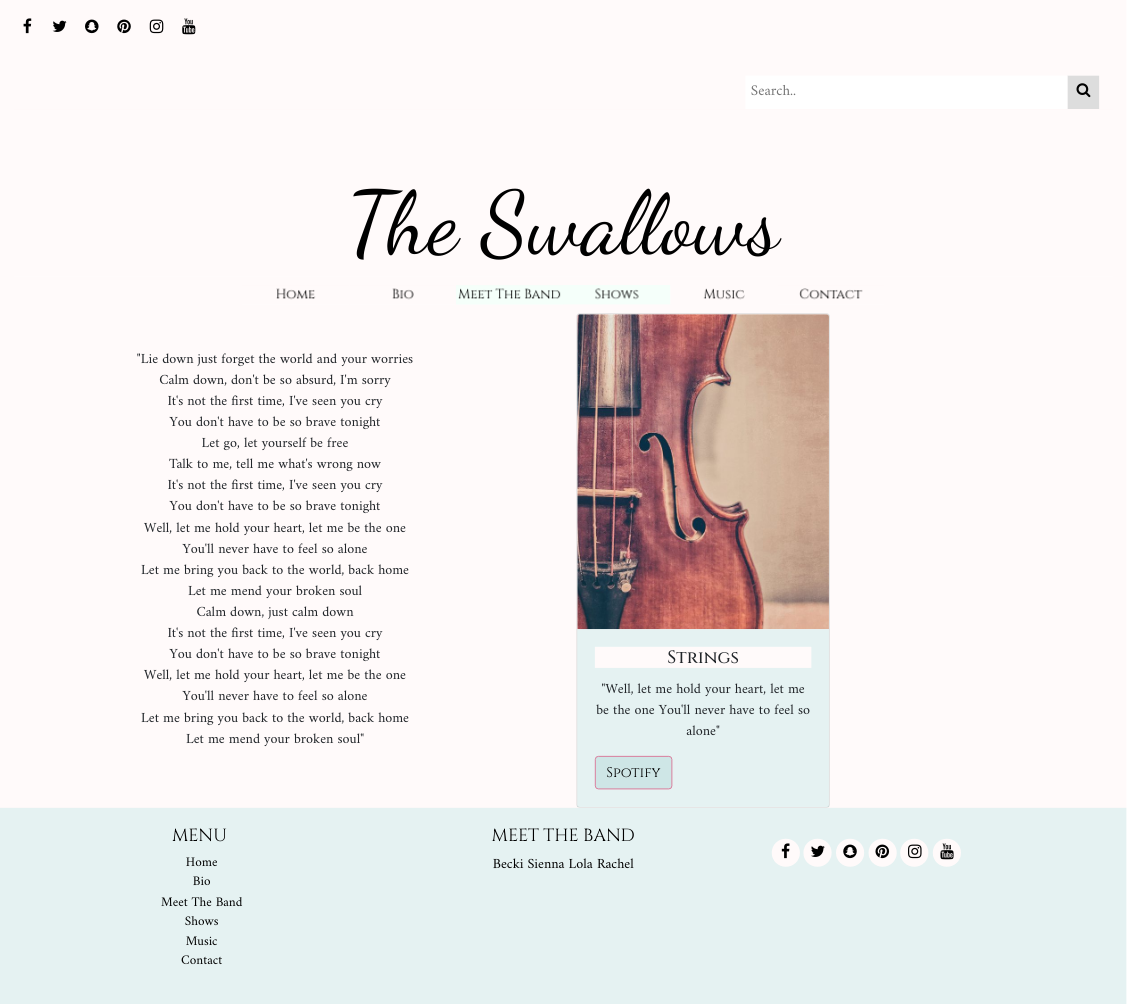
Repository: elizabeth24602/the-swallows
Page: music.html
The author's editor kept a record of every edit. The page is drawn from the files as they stood at one moment, then again after the next edit.
The browser window is 1280 px wide. The page is 1295 px wide, so the pictures cover 1295 px, including what lies to the right of the window. The pictures show the whole page, at 88% of full size.

Above is the page before.

### music.html
<!DOCTYPE html>
<html lang="en">
<head>
    <meta charset="UTF-8">
    <meta name="viewport" content="width=device-width, initial-scale=1.0">
    <meta http-equiv="X-UA-Compatible" content="ie=edge">
    <link rel="stylesheet" href="https://stackpath.bootstrapcdn.com/bootstrap/4.3.1/css/bootstrap.min.css" type="text/css" />
    <link rel="stylesheet" href="https://stackpath.bootstrapcdn.com/font-awesome/4.7.0/css/font-awesome.min.css" type="text/css" />
    <link rel="stylesheet" href="https://fonts.googleapis.com/css?family=Dancing+Script" type="text/css" />
    <link rel="stylesheet" href="https://cdnjs.cloudflare.com/ajax/libs/hover.css/2.3.1/css/hover-min.css" type="text/css" />
    <link rel="stylesheet" href="Assessts/CSS/style.css" type="text/css" />
    <title>The Swallows</title>
</head>
<body>
  <header class="container-fluid">
        <div id="social-links" class="row">
        <div class="col-sm-4">
                <ul class="list-inline social-links">
                    <li class="list-inline-item">
                        <a target="_blank" href="#">
                            <i class="fa fa-facebook" aria-hidden="true"></i>
                            <span class="sr-only">Facebook</span>
                        </a>
                    </li>
                    <li class="list-inline-item">
                        <a target="_blank" href="#">
                            <i class="fa fa-twitter" aria-hidden="true"></i>
                            <span class="sr-only">Twitter</span>
                        </a>
                    </li>
                    <li class="list-inline-item">
                        <a target="_blank" href="#">
                            <i class="fa fa-snapchat" aria-hidden="true"></i>
                            <span class="sr-only">Snapchat</span>
                        </a>
                    </li>
                    <li class="list-inline-item">
                        <a target="_blank" href="#">
                            <i class="fa fa-pinterest" aria-hidden="true"></i>
                            <span class="sr-only">Pinterest</span>
                        </a>
                    </li>
                    <li class="list-inline-item">
                        <a target="_blank" href="#">
                            <i class="fa fa-instagram" aria-hidden="true"></i>
                            <span class="sr-only">Instagram</span>
                        </a>
                    </li>
                    <li class="list-inline-item">
                        <a target="_blank" href="#">
                            <i class="fa fa-youtube" aria-hidden="true"></i>
                            <span class="sr-only">YouTube</span>
                        </a>
                    </li>
                </ul>
            </div>
        </div>
       <div class="topnav">
          <div class="search-container">
            <form action="/action_page.php">
                  <input type="text" placeholder="Search.." name="search">
                  <button type="submit"><i class="fa fa-search"></i></button>
            </form>
          </div>
        </div>
        <div class="row no-gutters bg-color-bandname">
            <div class="col headings">
                <h1 class="bandname">The Swallows</h1>
            </div>
        </div>
        <div class="row no-gutters">
            <div class="col">
                <ul id="nav" class="list-inline menucontainer">
                    <li class="col-4 col-sm-2 ui-menu-color-home list-inline-item menuitem">
                        <a href="index.html" class="hvr-sweep-to-bottom"><span>Home</span></a>
                    </li>
                    <li class="col-4 col-sm-2 ui-menu-color-bio list-inline-item menuitem">
                        <a href="bio.html" class="hvr-sweep-to-bottom"><span>Bio</span></a>
                    </li>
                     <li class="col-4 col-sm-2 ui-menu-color-meet-the-band list-inline-item menuitem">
                        <a href="meet.html" class="hvr-sweep-to-bottom"><span>Meet The Band</span></a>
                    </li>
                    <li class="col-4 col-sm-2 ui-menu-color-shows list-inline-item menuitem">
                        <a href="shows.html" class="hvr-sweep-to-bottom"><span>Shows</span></a>
                    </li>
                    <li class="col-4 col-sm-2 ui-menu-color-music list-inline-item menuitem">
                        <a href="music.html" class="hvr-sweep-to-bottom"><span>Music</span></a>
                    </li>
                    <li class="col-4 col-sm-2 ui-menu-color-contact list-inline-item menuitem">
                        <a href="contact.html" class="hvr-sweep-to-bottom"><span>Contact</span></a>
                    </li>
                </ul>
            </div>
        </div>

    </header>
    <section>
        <div class="row">
            <div class="col-sm-6">
        <p class="lyrics">"Lie down just forget the world and your worries <br>
Calm down, don't be so absurd, I'm sorry <br>
It's not the first time, I've seen you cry <br>
You don't have to be so brave tonight <br>

Let go, let yourself be free <br>
Talk to me, tell me what's wrong now <br>
It's not the first time, I've seen you cry <br>
You don't have to be so brave tonight <br>

Well, let me hold your heart, let me be the one <br>
You'll never have to feel so alone <br>
Let me bring you back to the world, back home <br>
Let me mend your broken soul <br>

Calm down, just calm down <br>
It's not the first time, I've seen you cry <br>
You don't have to be so brave tonight <br>

Well, let me hold your heart, let me be the one <br>
You'll never have to feel so alone <br>
Let me bring you back to the world, back home <br>
Let me mend your broken soul"</p>
</div>
<div class="col-sm-2">
    <div class="card" style="width: 18rem;">
  <img src="Assessts/Pictures/chello.jpg" class="card-img-top" alt="chello">
  <div class="card-body">
    <h5 class="card-title">Strings</h5>
    <p class="card-text">"Well, let me hold your heart, let me be the one You'll never have to feel so alone" </p>
    <a href="#" class="btn btn-primary">Spotify</a>
  </div>
</div>
<div class="row">
    <div class="col-sm-12">

    </div>
</div>
</div>
</div>
</div>
    </section>
 <footer class="container-fluid">
           <div id="footer-details" class="row">
            <div class="col-sm-4">
                <h5 class="uppercase general-sub">Menu</h5>
                <ul class="inline-block list-inline container-fluid">
                    <li class="list-item">
                        <a target="_blank" href="index.html">
                            <span>Home</span>
                        </a>
                    </li>
                      <li class="list-item">
                        <a target="_blank" href="bio.html">
                            <span>Bio</span>
                        </a>
                    </li>
                      <li class="list-item">
                        <a target="_blank" href="meet.html">
                            <span>Meet The Band</span>
                        </a>
                    </li>
                        </li>
                      <li class="list-item">
                        <a target="_blank" href="shows.html">
                            <span>Shows</span>
                        </a>
                    </li>
                      <li class="list-item">
                        <a target="_blank" href="music.html">
                            <span>Music</span>
                        </a>
                    </li>
                      <li class="list-item">
                        <a target="_blank" href="contact.html">
                            <span>Contact</span>
                        </a>
                    </li>
                </ul>
            </div>
            <div class="col-sm-4">
                <h5 class="uppercase general-sub">Meet the Band</h5>
              <ul class="inline-block list-inline container-fluid">
                    <li class="list-inline-item">
                        <a target="_blank" href="meet.html">
                            <span>Becki</span>
                        </a>
                    </li>
                      <li class="list-inline-item">
                        <a target="_blank" href="meet.html">
                            <span>Sienna</span>
                        </a>
                    </li>
                      <li class="list-inline-item">
                        <a target="_blank" href="meet.html">
                            <span>Lola</span>
                        </a>
                    </li>
                      <li class="list-inline-item">
                        <a target="_blank" href="meet.html">
                            <span>Rachel</span>
                        </a>
                    </li>
                </ul>
            </div>
         <div class="col-sm-4">
                <ul class="list-inline social-links container-fluid">
                    <li class="list-inline-item">
                        <a target="_blank" href="#">
                            <i class="fa fa-facebook" aria-hidden="true"></i>
                            <span class="sr-only">Facebook</span>
                        </a>
                    </li>
                    <li class="list-inline-item">
                        <a target="_blank" href="#">
                            <i class="fa fa-twitter" aria-hidden="true"></i>
                            <span class="sr-only">Twitter</span>
                        </a>
                    </li>
                    <li class="list-inline-item">
                        <a target="_blank" href="#">
                            <i class="fa fa-snapchat" aria-hidden="true"></i>
                            <span class="sr-only">Snapchat</span>
                        </a>
                    </li>
                    <li class="list-inline-item">
                        <a target="_blank" href="#">
                            <i class="fa fa-pinterest" aria-hidden="true"></i>
                            <span class="sr-only">Pinterest</span>
                        </a>
                    </li>
                    <li class="list-inline-item">
                        <a target="_blank" href="#">
                            <i class="fa fa-instagram" aria-hidden="true"></i>
                            <span class="sr-only">Instagram</span>
                        </a>
                    </li>
                    <li class="list-inline-item">
                        <a target="_blank" href="#">
                            <i class="fa fa-youtube" aria-hidden="true"></i>
                            <span class="sr-only">YouTube</span>
                        </a>
                    </li>
                </ul>
            </div>
        </div>

    </footer>
</body>
</html>

### Assessts/CSS/style.css
@import url('https://fonts.googleapis.com/css?family=Dancing+Script:100,200,300,400,500,600,700|Amiri:100,200,300,400,500,600,700|Satisfy:100,200,300,400,500,600,700|Cinzel:100,200,300,400,500,600,700');

/*-------------------------------Colours */

.body {
    background-color: #fffafa;
}

.bg-color-bandname {
 background-color: #fffafa;
}

.ui-menu-color-home {
    background-color: #fffafa;
}

.ui-menu-color-bio {
    background-color: #fffafa;
}

.ui-menu-color-meet-the-band {
    background-color: #f5fffa;
}

.ui-menu-color-shows {
    background-color: #f5fffa;
}

.ui-menu-color-music {
    background-color: #fffafa;
}

.ui-menu-color-contact {
    background-color: #fffafa;
}

/*-------------------------------Search Bar */

* {box-sizing: border-box;}

body {
  margin: 0;
  font-family: Amiri, cursive;
}

.topnav {
  overflow: hidden;
  background-color: #fffafa;
}

.topnav a {
  float: left;
  display: block;
  color: black;
  text-align: center;
  padding: 14px 16px;
  text-decoration: none;
  font-size: 17px;
}

.topnav a:hover {
  background-color: rgba(0, 128, 128, 0.1);
  color: black;
}

.topnav a.active {
  background-color: #fffafa;
  color: white;
}

.topnav .search-container {
  float: right;
}

.topnav input[type=text] {
  padding: 6px;
  margin-top: 8px;
  font-size: 17px;
  border: none;
}

.topnav .search-container button {
  float: right;
  padding: 6px 10px;
  margin-top: 8px;
  margin-right: 16px;
  background: #ddd;
  font-size: 17px;
  border: none;
  cursor: pointer;
}

.topnav .search-container button:hover {
  background: #ccc;
}

@media screen and (max-width: 600px) {
  .topnav .search-container {
    float: none;
  }
  .topnav a, .topnav input[type=text], .topnav .search-container button {
    float: none;
    display: block;
    text-align: left;
    width: 100%;
    margin: 0;
    padding: 14px;
  }
  .topnav input[type=text] {
    border: 1px solid #ccc;
  }
}

/*-------------------------------Special text/padding/margins */

h1,h2,h4 {
    margin: 0;
}

.uppercase {
    text-transform: uppercase;
}

.general-sub {
    font-family: "Cinzel", cursive;
    font-weight: 300;
    color: #000000;
}

.inline-block {
    display: inline-block;
}

/*-------------------------------Heading */

header {
    background: #fffafa;
}

.social-links {
    padding-top: 15px;
    padding-bottom: 15px;
}

.social-links li a i {
    width: 32px;
    height: 32px;
    padding: 12px 0;
    border-radius: 50%;
    font-size: 25px;
    line-height: 7px;
    text-align: center;
    color: #000000;
    background: #fffafa;
    transition: all 0.35s ease-in-out;
    -moz-transition: all 0.35s ease-in-out;
    -webkit-transition: all 0.35s ease-in-out;
    -o-transition: all 0.35s ease-in-out;
}

.social-links li a i:hover {
    background: rgba(0, 128, 128, 0.1);
}

.header {
    margin: 0;
}

.heading {
    margin-left: 50px;
}

.bandname {
    font-family: 'Dancing Script',cursive;
    font-weight: 400;
    font-size: 100px;
    margin-top: 70px;
    color: #000000;
    text-align: center;
}

.list-inline-item:not(:last-child) {
    margin: 0;
}

.menucontainer {
    font-size: 0;
    margin: auto;
    width: 60%;
    padding: 10px;
}

#nav li {
    font-size: 15px;
    font-family: 'Cinzel',cursive;
    padding: 0;
}

.menuitem {
    text-align: center;
    padding: 0;
}

.body {
    text-align: center;
}

.menuitem a {
    width: 100%;
    text-decoration: none;
    color: #000000;
}

/*-------------------------------Hover.css */

.hvr-sweep-to-bottom:before {
    background: rgba(0, 128, 128, 0.1);
}

.hvr-sweep-to-top:before {
    background-color: #db7093;
    text: #000000;
}

.a:hover {
    text-decoration: none;
}

/*-------------------------------Home Section */

section {
    background-color: #fffafa;
}

.center {
  display: block;
  margin-left: auto;
  margin-right: auto;
  width: 50%;
}

.song-title {
    font-family: 'Cinzel',cursive;
    color: #000000;
    padding-top: 20px;
    padding-bottom: 20px;
    position: center;
    text-decoration: none;
    background-color: #fffafa;
    text-align: center;
    margin: 50px;
}

.center {
    width: 300px ;
    position: relative;
    width: 50%;
    padding-top: 20px;
    padding-bottom: 20px;
}

.thorne-img {
    padding-top: 30px;
    padding-bottom: 30px;
    display: block;
    margin-left: auto;
    margin-right: auto;
    width: 40%;
    margin-bottom: 40px;
}

.uppercase {
    text-decoration: none;
    text-align: center;
}

.center-txt {
    font-family: 'Amiri',cursive;
    color: #000000;
    font-size: 150%;
    display: block;
    margin-left: 50px;
    margin-right: 50px;
    margin-bottom: 20px;
    margin-top: 20px;
    padding: 30px;
    width: 50%;
    text-decoration: none;
    background-color: #fffafa;
    line-height: 200px;
    height: 200px;
    text-align: center;
}

.tagline {
    font-family: "Amiri", cursive;
    text-align: center;
    color: #000000;
    padding-top: 70px;
    font-weight: 400;
    font-size: 100%;
    text-decoration: none;
    background:#fffafa;
    list-style-type:none;
    padding: 70px 0;
    font-size: 150%;
}

.tagline:hvr-sweep-to-top {
    background-color: rgba(0, 128, 128, 0.1);
}

/*------------------------------Bio Section */

h2 .our-story {
    font-family: 'Cinzel',cursive;
    font-weight: 100;
    color: #000000;
    padding-top: 60px;
    padding-bottom: 40px;
    text-align: center;
    font-size: 150%;
}

.info {
    font-family: "Amiri",cursive;
    text-align: justify;
    font-size: 110%;
    padding-top: 20px;
    padding-bottom: 100px;
}

.girl {
    display: block;
    margin-left: auto;
    margin-right: auto;
    width: 60%;
    padding-top: 50px;
    padding-bottom: 50px;
}

.quote {
    font-family: 'Amiri',cursive;
    text-align: center;
    font-size: 100%;
    border-style: solid;
    border-width: 3px;
    border-color: #787878;
    background-color: #ffe4e1;
}

/*------------------------------Meet The Band Section */

.name {
    padding-top: 100px;
    padding-bottom: 20px;
    font-family: 'Cinzel',cursive;
    font-size: 200%;
    text-align: center;
}

.bio {
    text-align: center;
    font-weight: 200;
    padding-bottom: 100px;
    padding-top: 50px;
    font-size: 150%;
}

.becki {
    position: static;
    padding: 20px;
    margin-top: 20px;
    margin-bottom: 20px;
    display: block;
    margin-left: auto;
    margin-right: auto;
    width: 90%;
    background-color: #db7093;
}

.lola {
    position: static;
    padding: 20px;
    margin-top: 20px;
    margin-bottom: 20px;
    display: block;
    margin-left: auto;
    margin-right: auto;
    width: 90%;
    background-color: #db7093;
}

.sienna {
    position: static;
    padding: 20px;
    margin-top: 20px;
    margin-bottom: 20px;
    display: block;
    margin-left: auto;
    margin-right: auto;
    width: 90%;
    background-color: #db7093;
}

.rachel {
    position: static;
    padding: 20px;
    margin-top: 20px;
    margin-bottom: 20px;
    display: block;
    margin-left: auto;
    margin-right: auto;
    width: 90%;
    background-color: #db7093;
}

/*------------------------------Shows Section */
#shows {
  font-family: "Cinzel",cursive;
  border-collapse: collapse;
  width: 90%;
  padding-top: 20px;
  padding-bottom: 20px;
  margin: 40px;
}

#shows td, #shows th {
  border: 1px solid #ddd;
  padding: 8px;
}

#shows tr:nth-child(even){background-color: #ffe4e1;}

#shows tr:hover {background-color: #ddd;}

#shows th {
  padding-top: 12px;
  padding-bottom: 12px;
  text-align: center;
  background-color: #f5fffa;
  color: #000000;
}

.quote-shows {
    font-family: 'Amiri',cursive;
    text-align: center;
    font-size: 100%;
    border-style: solid;
    border-width: 3px;
    border-color: #787878;
    background-color: #ffe4e1;
    padding-top: 20px;
    padding-bottom: 20px;
    margin: 20px;
    width: 50%;
    padding: 10px;
    margin-left: 90px;
}

.txt-shows {
    font-family: 'Amiri',cursive;
    color: #000000;
    font-size: 100%;
    display: block;
    margin-left: 85px;
    margin-right: 15px;
    padding: 30px;
    width: 50%;
    text-decoration: none;
    background-color: #fffafa;
    text-align: center;
}

.violin {
    padding-top: 50px;
    padding-bottom: 50px;
    display: block;
    margin-left: auto;
    margin-right: auto;
    width: 80%;
}

/*------------------------------Music Section */
.lyrics {
    font-family: "Amiri",cursive;
    text-align: center;
    padding-bottom: 40px;
    padding-top: 40px;
}

.card-body {
    background-color: rgba(0, 128, 128, 0.1);
}

.card-img-top {

}

.card-title {
    font-family: "Cinzel",cursive;
    text-align: center;
    background-color: #fffafa;
}

.card-text {
    font-family: "Amiri",cursive;
    text-align: center;
}

.btn {
    background-color: rgba(0, 128, 128, 0.1);
    border-color: #db7093;
}

.btn-primary {
    color: #000000;
    font-family: "Cinzel",cursive;
}


/*------------------------------Contact Section */

.contact-us {
    font-family: "Cinzel",cursive;
    color: #000000;
    text-align: center;
    margin-top: 30px;
    margin-bottom: 30px;
}

.contact {
    font-family: "Cinzel",cursive;
    color: #000000;
    text-align: center;
    margin-top: 30px;
    margin-bottom: 30px;
}

.booking {
    font-family: "Amiri",cursive;
    color: #000000;
    text-align: center;
    margin-top: 30px;
    margin-bottom: 30px;
    font-size: 150%;
}

.press {
    font-family: "Amiri",cursive;
    color: #000000;
    text-align: center;
    margin-top: 30px;
    margin-bottom: 30px;
    font-size: 150%
}

.label {
    font-family: "Amiri",cursive;
    color: #000000;
    text-align: center;
    margin-top: 30px;
    margin-bottom: 30px;
    font-size: 150%;
}

.piano {
    padding-top: 50px;
    padding-bottom: 50px;
    display: block;
    margin-left: auto;
    margin-right: auto;
    width: 40%;
}

/*-------------------------------Footer */

footer {
    background-color: rgba(0, 128, 128, 0.1);
    color: #000000;
    min-height: 120px;
    margin: 0;
}

h5 {
    text-align: center;
}

.list-item {
    font-size: 15px;
    color: #000000;
    text-align: center;
    text-decoration: none;
    padding-left: 5px;
    transition: all 0.35s ease-in-out;
    -moz-transition: all 0.35s ease-in-out;
    -webkit-transition: all 0.35s ease-in-out;
    -o-transition: all 0.35s ease-in-out;
}

.list-item:hover {
    background: #fffafa;
}

.inline-block{
    text-align: center;
    color: #000000;
}

a {
    color: #000000;
    text-decoration: none;
    background-color: transparent;
}

.list-inline-item:hover {
    background: #fffafa;
}

.social-links {
    padding-top: 15px;
    padding-bottom: 15px;
}

.social-links li a i {
    width: 32px;
    height: 32px;
    padding: 12px 0;
    border-radius: 50%;
    font-size: 18px;
    line-height: 7px;
    text-align: center;
    color: #000000;
    background: #fffafa;
    transition: all 0.35s ease-in-out;
    -moz-transition: all 0.35s ease-in-out;
    -webkit-transition: all 0.35s ease-in-out;
    -o-transition: all 0.35s ease-in-out;
}

.social-links li a i:hover {
    background: rgba(0, 128, 128, 0.1);
}

#footer-details {
    padding: 20px;
}

After the next edit:
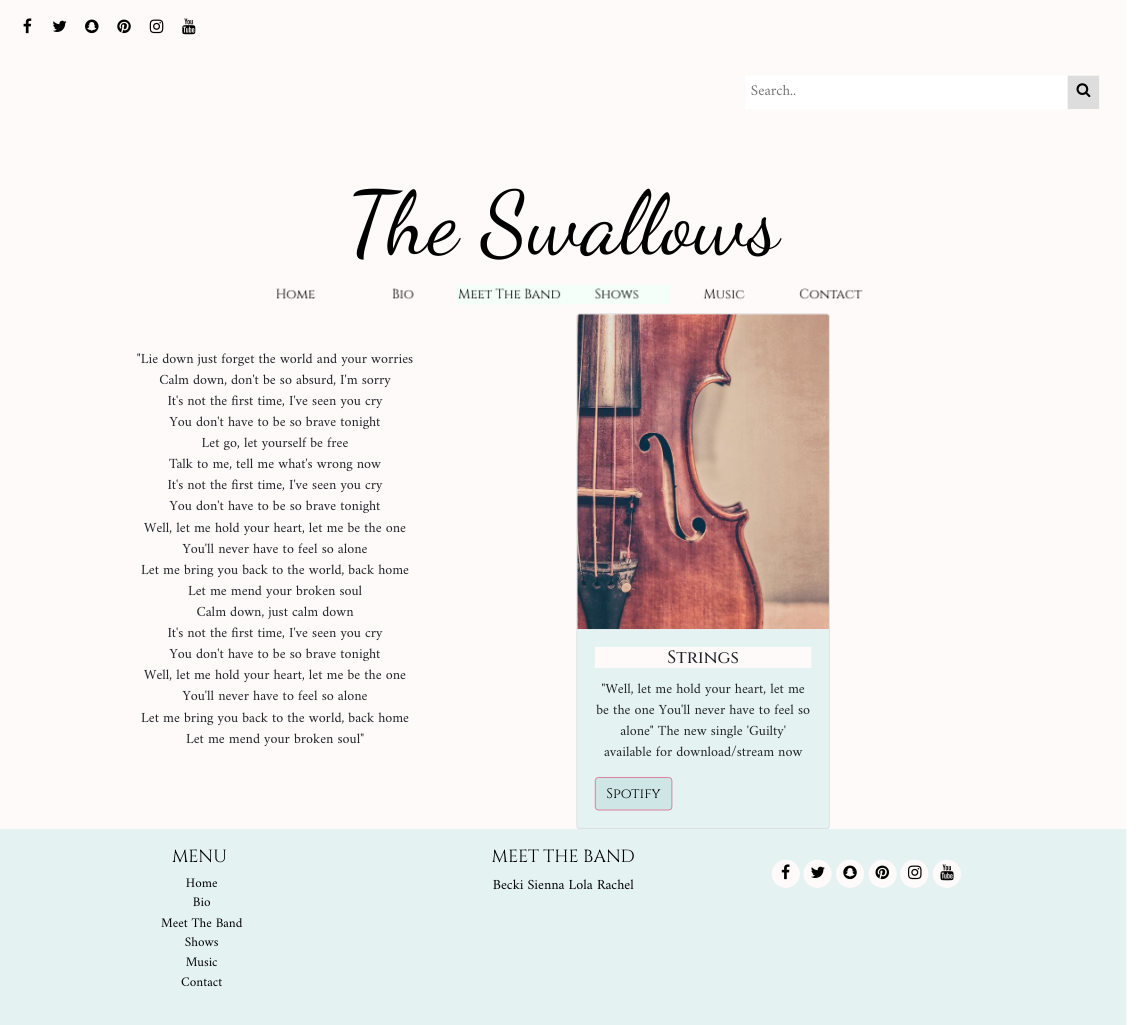
The edit:
--- a/music.html
+++ b/music.html
@@ -126,7 +126,7 @@
   <img src="Assessts/Pictures/chello.jpg" class="card-img-top" alt="chello">
   <div class="card-body">
     <h5 class="card-title">Strings</h5>
-    <p class="card-text">"Well, let me hold your heart, let me be the one You'll never have to feel so alone" </p>
+    <p class="card-text">"Well, let me hold your heart, let me be the one You'll never have to feel so alone" The new single 'Guilty' available for download/stream now</p>
     <a href="#" class="btn btn-primary">Spotify</a>
   </div>
 </div>
